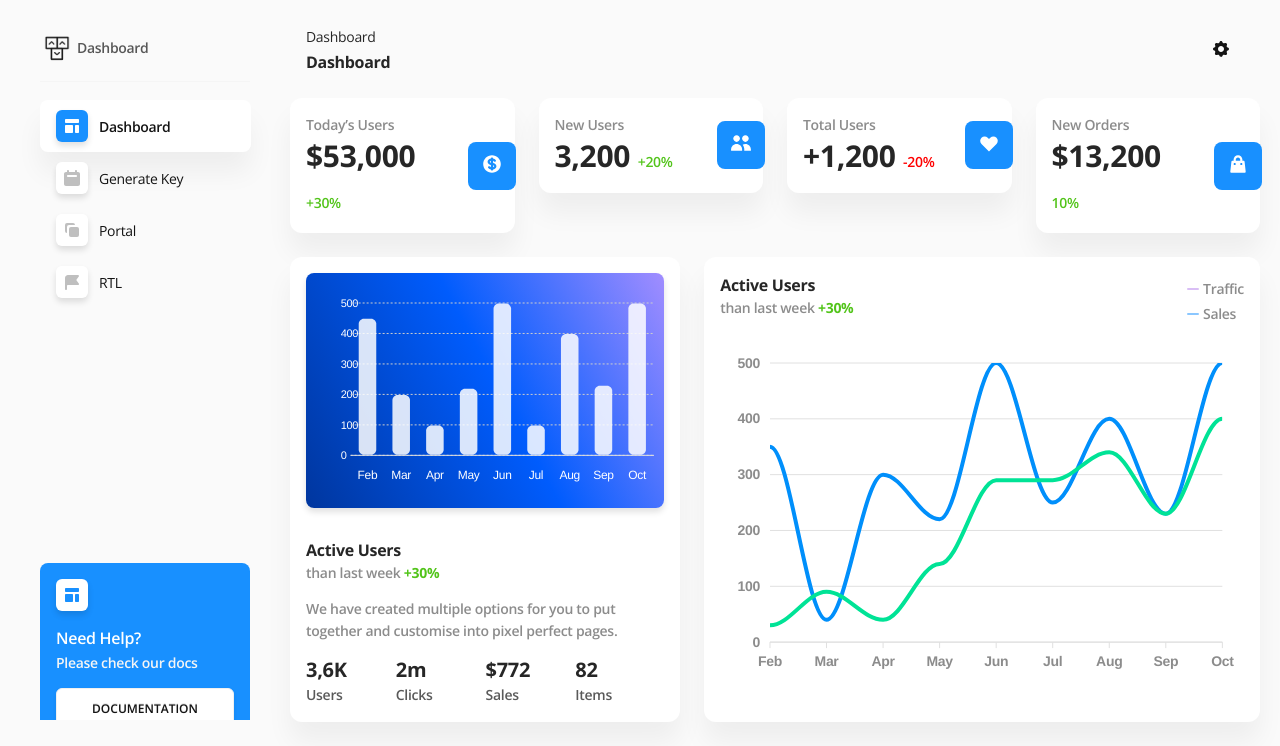
Repository: ahabalikhan/api-analytics-app-fe
Page: /
An editor plug-in stored every save of this project. The page is shown before and after the next save, followed by the edit.
The browser window is 1280 px wide. The pictures show the whole page.
The project was rebuilt for these pictures with package versions that can differ from the ones it lists, and the page was loaded fresh each time. Also part of the build but not shown: src/pages/Profile.js, src/components/layout/Footer.js. Imported but missing from the stored project, and not drawn on this page: src/pages/Billing, src/pages/Rtl, src/pages/Tables.

Above is the page before, as saved 2022-07-16 21:49:18.

After the next save:
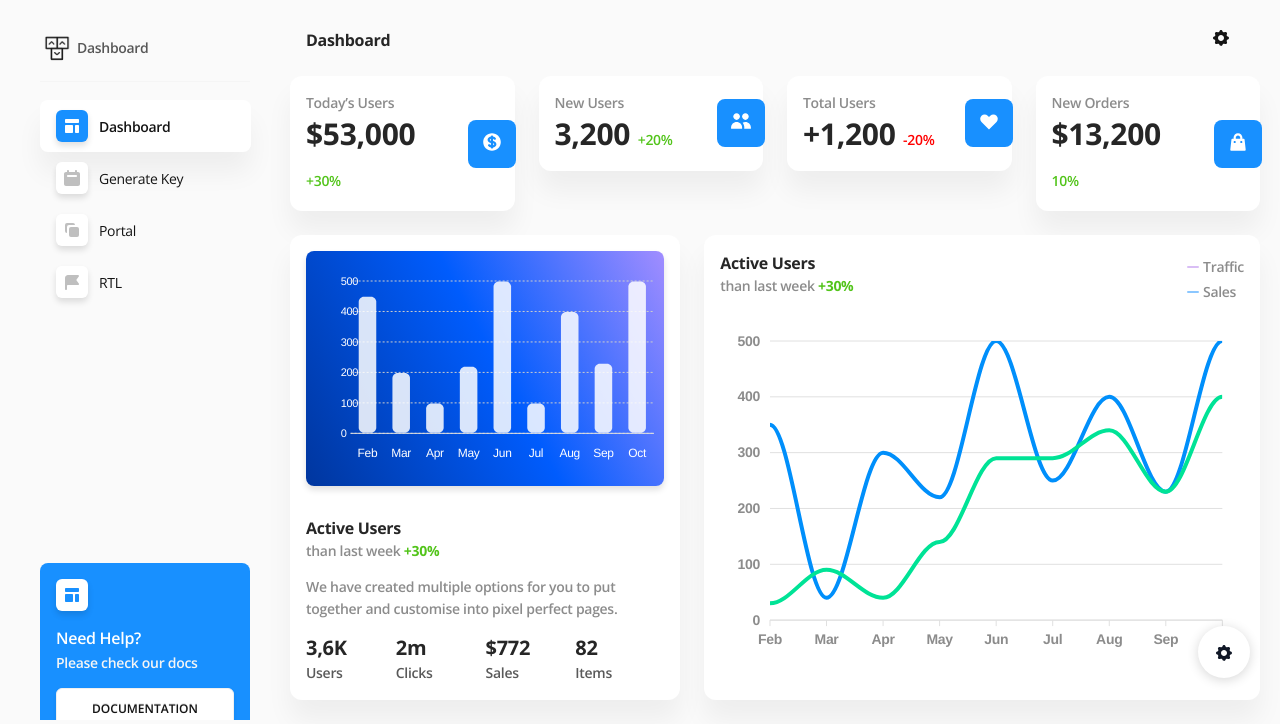
Saved 11 s later.
--- a/src/components/layout/Header.js
+++ b/src/components/layout/Header.js
@@ -204,16 +204,16 @@
 
   return (
     <>
-      {/* <div className="setting-drwer" onClick={showDrawer}>
+      <div className="setting-drwer" onClick={showDrawer}>
         {setting}
-      </div> */}
+      </div>
       <Row gutter={[24, 0]}>
         <Col span={24} md={6}>
-          <Breadcrumb>
+          {/* <Breadcrumb>
             <Breadcrumb.Item style={{ textTransform: "capitalize" }}>
               {name.replace("/", "")}
             </Breadcrumb.Item>
-          </Breadcrumb>
+          </Breadcrumb> */}
           <div className="ant-page-header-heading">
             <span
               className="ant-page-header-heading-title"
